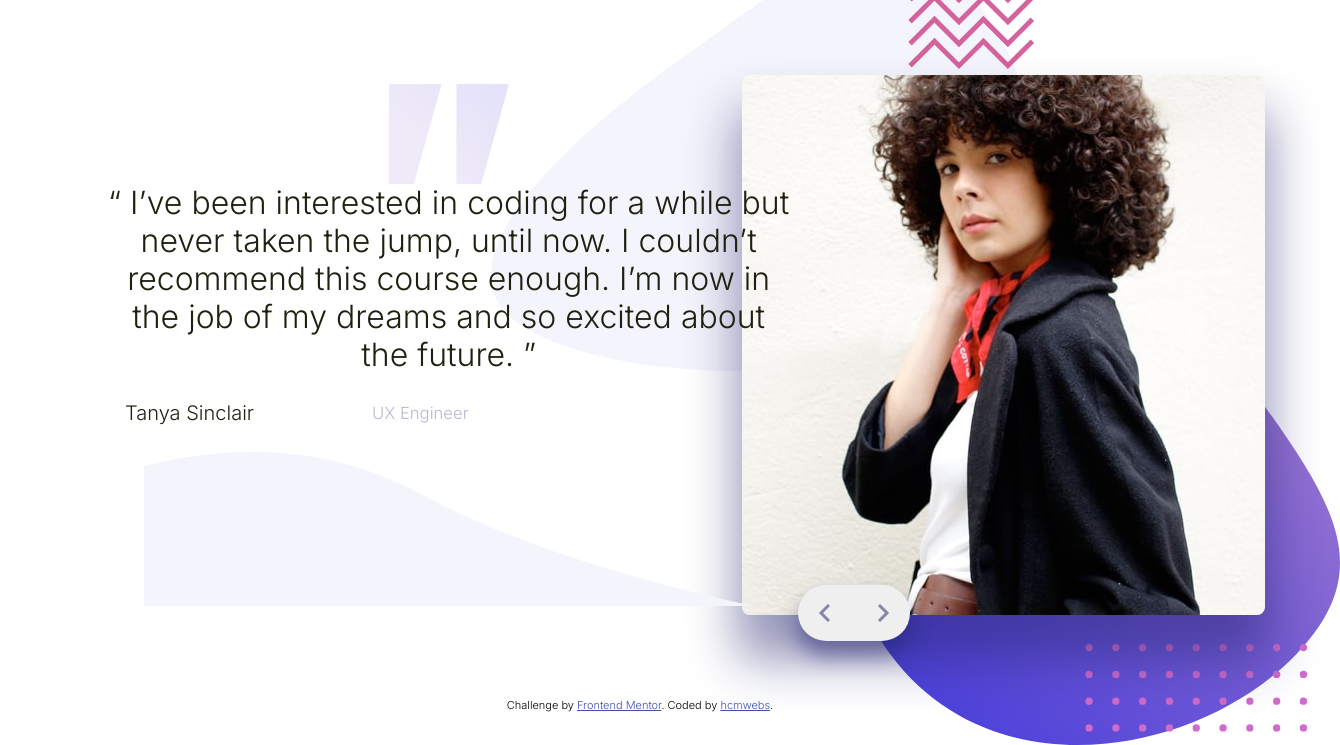
Repository: Hcmwebs/Coding-Bootcamp-Testimonials
Page: index.html
These files come from the project's save history. The page is drawn as it stood at one moment and after the next save; the edit follows.
The browser window is 1280 px wide. The page is 1340 px wide, so the pictures cover 1340 px, including what lies to the right of the window. The pictures show the whole page.
The style sheet was rebuilt from its Sass, Less or Tailwind sources for each picture, by a compiler version that may differ from the author's.

Above is the page before, as saved 2020-10-31 10:22:00.

### index.html
<!DOCTYPE html>
<html lang="en">
  <head>
    <meta charset="UTF-8" />
    <meta name="viewport" content="width=device-width, initial-scale=1.0" />
    <!-- displays site properly based on user's device -->

    <link
      rel="icon"
      type="image/png"
      sizes="32x32"
      href="./images/favicon-32x32.png"
    />
    <link rel="stylesheet" href="css/main.css" />
    <title>Frontend Mentor | Coding Bootcamp Testimonials Slider</title>

    <style></style>
  </head>
  <body>
    <div class="container">
      <div class="card" id="cardOne">
        <div class="card__header">
          <img
            src="images/image-tanya.jpg"
            alt="Profile Tanya"
            id="profileTanya"
            class="card__header--profileImg"
          />
        </div>

        <button id="btnPrimary">
          <img src="images/icon-prev.svg" alt="icon-prev" />
          <img src="images/icon-next.svg" alt="icon-next" />
        </button>

        <div class="card__body">
          <img src="images/pattern-quotes.svg" alt="pattern-quotes" />
          <h2>
            “ I’ve been interested in coding for a while but never taken the
            jump, until now. I couldn’t recommend this course enough. I’m now in
            the job of my dreams and so excited about the future. ”
          </h2>

          <div class="card__body--captionTxt">
            <p>Tanya Sinclair</p>
            <small>UX Engineer </small>
          </div>

          <img src="images/pattern-curve.svg" alt="pattern-curve" />
        </div>
      </div>

      <!-- <div class="card cardTwo" id="cardTwo">
        <div class="card__header">
          <img
            src="images/image-john.jpg"
            alt="Profile John"
            id="profileJohn"
            class="card__header--profileImg"
          />
        </div>

        <button id="btnSecondary">
          <img src="images/icon-prev.svg" alt="icon-prev" />
          <img src="images/icon-next.svg" alt="icon-next" />
        </button>

        <div class="card__body">
          <h2>
            “ If you want to lay the best foundation possible I’d recommend
            taking this course. The depth the instructors go into is incredible.
            I now feel soconfident about starting up as a professional
            developer. ”
          </h2>
          <div class="card__body--captionTxt">
            <p>John Tarkpor</p>
            <small>Junior Front-end Developer</small>
          </div>
        </div>
      </div> -->
    </div>

    <div class="attribution">
      Challenge by
      <a href="https://www.frontendmentor.io?ref=challenge" target="_blank"
        >Frontend Mentor</a
      >. Coded by
      <a href="https://github.com/Hcmwebs" target="_blank">hcmwebs</a>.
    </div>
    <script src="main.js"></script>
  </body>
</html>

### main.js
const card = document.querySelectorAll('.card');
// const cardTwo = document.getElementById('cardTwo');
const container = document.querySelector('.container')
let active = false;
const btn= document.querySelectorAll('button');


for(let i = 0; i < card.length; i++ ){
btn[i].addEventListener('click', activate);
// btnSecondary.addEventListener('click', activate);
  function activate(){

    if(!active){
      card[i].classList.add('active');
      active = true;
    }
    else{
      card[i].classList.remove('active');
      active = false;
    }
  }
}

### scss/main.scss
@import url('https://fonts.googleapis.com/css2?family=Inter:wght@300;400&display=swap');

$font-stack:'Inter',
sans-serif;
$primaryColor : rgba(32, 32, 17, 1.0);
$secondaryColor : rgba(185, 185, 206, 1.0);
$boxShadowColor:rgba(36, 36, 113, 0.49);




@mixin gridCenter{
  display: grid;
  place-items: center;
}

@mixin flexCenter {
  display: flex;
  justify-content: center;
  align-items: center;

}

@mixin flexSpaceBetween {
  @include flexCenter;
  justify-content: space-between;
}


*{
  margin: 0;
  padding: 0;
  box-sizing: border-box;

}
body{
  font-family: $font-stack;
  font-size: 10px;
  font-weight: 300;
  height: 100vh;
  width: 100%;
  line-height: 30px;
  @include flexCenter;
  flex-direction: column;
}

.container{
  width: 100%;
  max-width: 375px;
  height: 100vh;
  @include flexCenter;
  grid-template-columns: 1fr;
  background-color: #fff;
  position: relative;
}
  .card{
  width: 375px;
  height: 667px;
  padding: 30px;
  @include flexSpaceBetween;
  flex-direction: column;
  background-image: url(/images/pattern-bg.svg);
  background-position: top center;
  background-size:contain;
  background-repeat: no-repeat;
  box-shadow: 0 40px 50px 5px $boxShadowColor;
  position: absolute;
  transition: all 0.85s ease-in-out;

  &__header{
    width: 315px;
    height: 300px;


    &--profileImg{
      width: 100%;
      height: 100%;
      object-fit: cover;
      border-radius: 0.5rem;
      box-shadow: 0 40px 50px 5px $boxShadowColor;
    }

  }

  button {
    width: 80px;
    height: 40px;
    padding: 10px;
    border-radius: 28px;
    border: none;
    @include flexSpaceBetween;
    position:absolute;
    top:310px;
    box-shadow: 0 15px 20px 1px $boxShadowColor;
  }



  &__body{
    width: 100%;
    margin:50px 0;
    @include flexCenter;
    flex-direction: column;



    h2{
      font-size: 18px;
      font-weight: 300;
      text-align: center;
      color:$primaryColor;
    }

    &--captionTxt{
      text-align: left;
      font-size: 15px;
      font-weight: 300;
      @include flexSpaceBetween;
      flex-direction: column;


      p{
        color: $primaryColor;

      }

      small{
        color: $secondaryColor;

      }

    }

  }
}

// .card-two{
//   transform: translateX(2000px);
// }
// .card.active .cardTwo{
//   transform: translateX(0);
// }



.attribution {
  font-size: 11px;
  text-align: center;
}

.attribution a {
  color: hsl(228, 45%, 44%);
}

@media(min-width:768px){
  .container{
    max-width: 1440px;

  }
  .card{
    width: 1400px;
    height: 800px;
    padding: 75px;
    flex-direction: row-reverse;
    background-position: bottom right;


    &__header{
      width: 540px;
      height: 540px;
    }

    button {
      width: 112px;
      height: 56px;
      padding: 20px;
      right: 430px;
      top: 640px;

    }


    &__body{
      width: 60%;
      line-height: 38px;
      padding: 20px;
      position: relative;
      z-index: 5;
      left: 70px;



      h2{
        font-size: 32px;
      }

      &--captionTxt{
      width: 50%;
      flex-direction: row;
      font-size: 20px;
      margin: 20px;
      align-self: flex-start;



      }

    }

  }



}

After the next save:
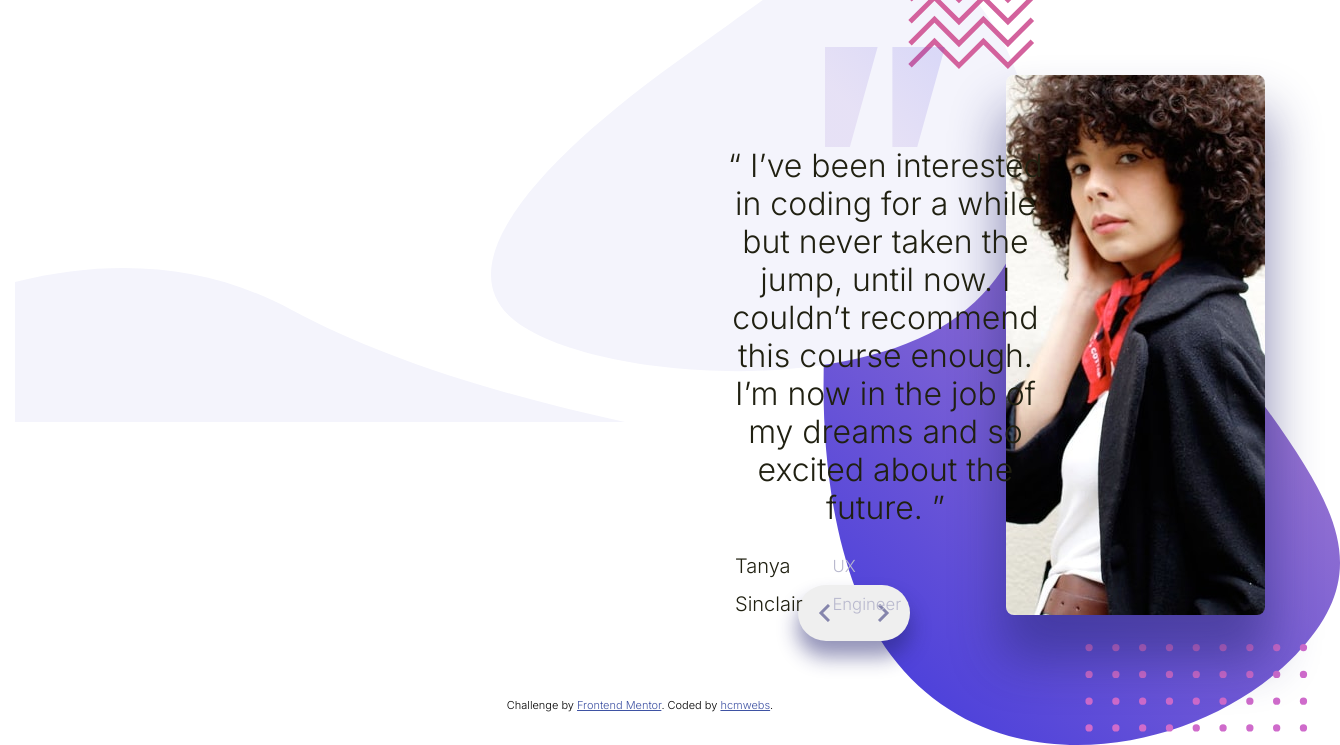
Saved 3 min 5 s later.
--- a/index.html
+++ b/index.html
@@ -45,9 +45,9 @@
             <p>Tanya Sinclair</p>
             <small>UX Engineer </small>
           </div>
+        </div>
 
-          <img src="images/pattern-curve.svg" alt="pattern-curve" />
-        </div>
+        <img src="images/pattern-curve.svg" alt="pattern-curve" />
       </div>
 
       <!-- <div class="card cardTwo" id="cardTwo">
